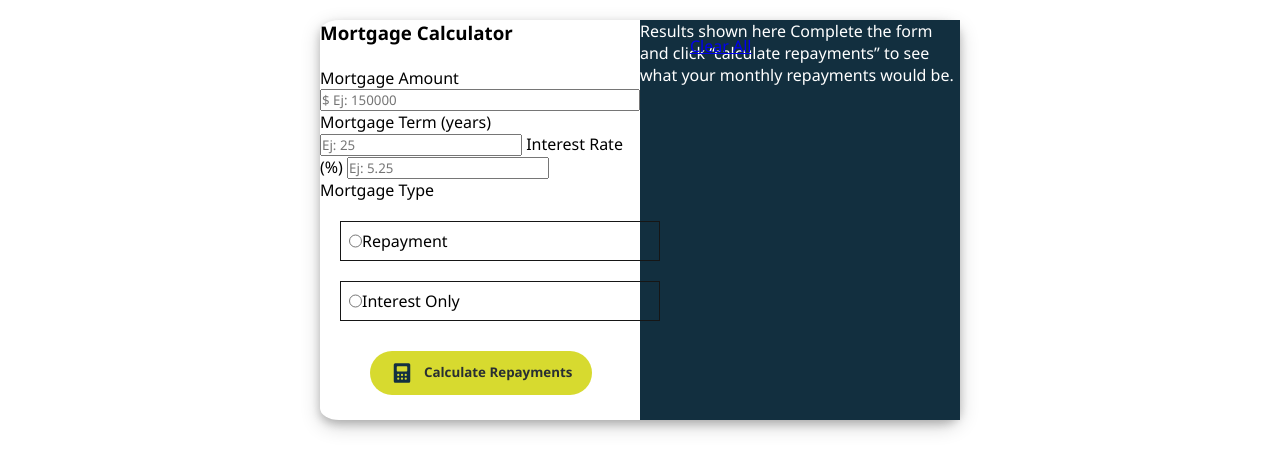
Repository: GravielPV/Mortgage-repayment-calculator
Page: index.html
The author's editor kept a copy of each file at every save. The page is drawn from the files as they stood at one save, then again after a run of saves.
The browser window is 1280 px wide. The pictures show the whole page.

Above is the page before, as saved 2025-12-11 17:35:02.

After the next 3 saves:
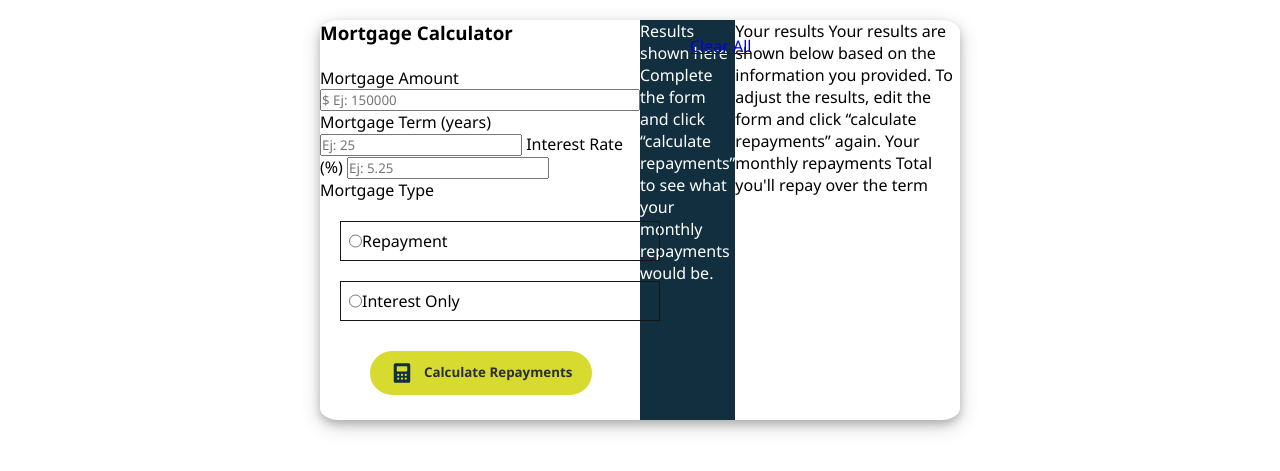
The 3 saves are shown as one change because they came seconds apart.
The last was saved 10 s later.
--- a/styles.css
+++ b/styles.css
@@ -94,7 +94,7 @@ a{
 }
 
 
-
+Este es el resultado
 .resultado{
     display: none;
 }

After the save that followed:
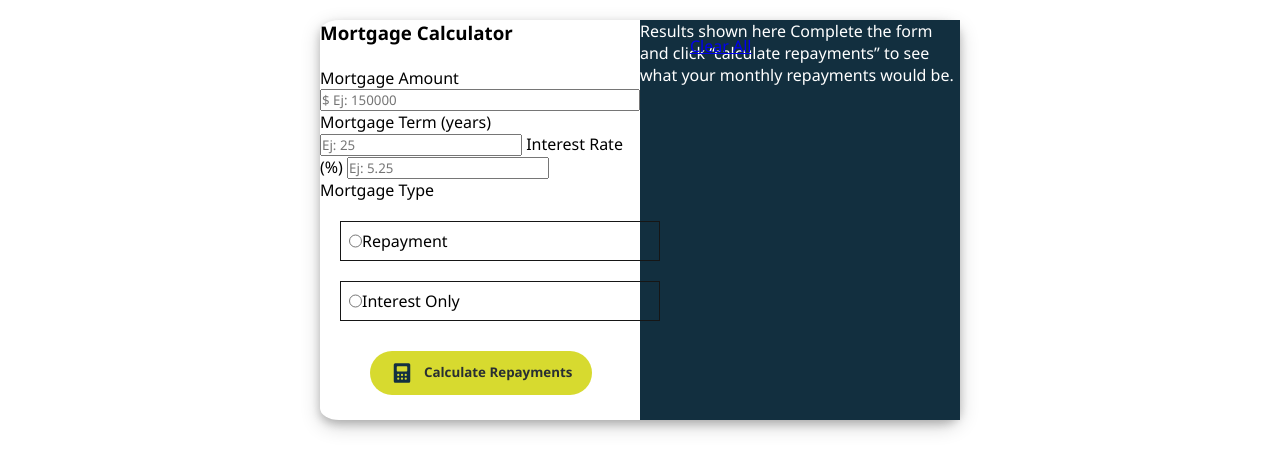
Saved 4 s later.
--- a/styles.css
+++ b/styles.css
@@ -94,7 +94,7 @@ a{
 }
 
 
-Este es el resultado
+/* Este es el resultado */
 .resultado{
     display: none;
 }
